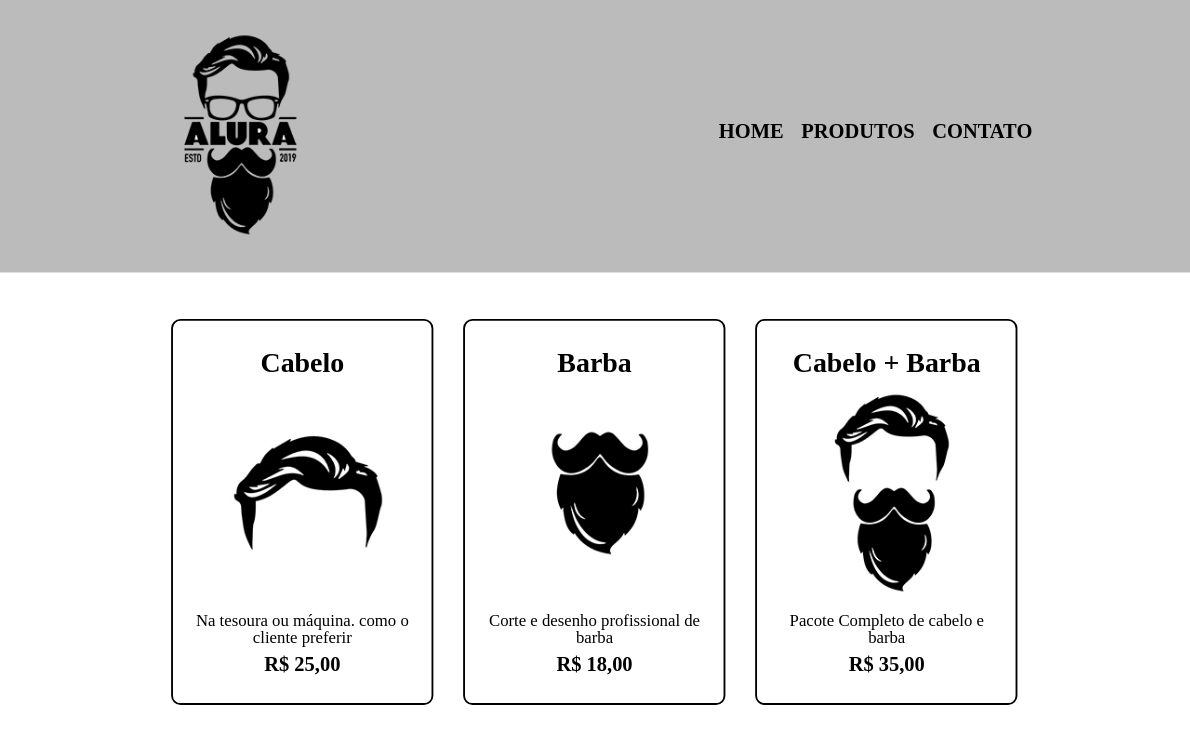
Repository: AnaBerlanda/AulaAlura
Page: produtos.html
These files come from the project's save history. The page is drawn as it stood at one moment and after the next save; the edit follows.
The browser window is 1280 px wide. The pictures show the whole page, at 93% of full size.

Above is the page before, as saved 2022-04-18 15:02:26.

### produtos.html
<!DOCTYPE html>
<html lang="pt-br">

<head>
    <meta charset="utf-8" />
    <title>Produtos - Barbearia Alura</title>
    <link type="text/css" rel="stylesheet" href="reset/reset.css">
    <link type="text/css" rel="stylesheet" href="produtos.css">

</head>
<body>
    <header>
        <div class="caixa">
            <h1><img src="imagem/logo.png"></h1>
            <nav>
                <ul>
                    <li><a href="index.html">Home</a></li>
                    <li><a href="produtos.html">Produtos</a></li>
                    <li><a href="contato.html">Contato</a></li>
                </ul>
            </nav>
        </div>
    </header>

    <main>
        <ul class="produtos">
            <li>
                <h2>Cabelo</h2>
                <img src="imagem/cabelo.jpg">
                <p class="produto-desc">Na tesoura ou máquina. como o cliente preferir</p>
                <p class="produto-preco">R$ 25,00</p>
            </li>
            <li><h2>Barba</h2>
                <img src="imagem/barba.jpg">
                <p class="produto-desc">Corte e desenho profissional de barba</p>
                <p class="produto-preco">R$ 18,00</p>
            </li>
            <li><h2>Cabelo + Barba</h2>
                <img src="imagem/cabelo+barba.jpg">
                <p class="produto-desc">Pacote Completo de cabelo e barba</p>
                <p class="produto-preco">R$ 35,00</p>
            </li>
        </ul>
    </main>



    </div>









    </header>

### produtos.css
header{
    background:#BBBBBB;
    padding: 20px 0;
}
.caixa{
    position: relative;
    width: 940px;
    margin: 0 auto;
}
nav{
    position:absolute;
    top: 110px;
    right: 0;
}
nav li{
    display: inline;
    margin: 0 0 0 15px;
}
nav a{
    text-transform: uppercase;
    color: #000000;
    font-weight: bold;
    font-size: 22px;
    text-decoration: none;
}
nav a:hover{
    color: #c78c19;
    text-decoration: underline;
}
.produtos{
    width: 940px ;
    margin: 0 auto ;
    padding: 50px 0 ;
}
.produtos li{
    display: inline-block;
    text-align: center;
    width: 30%;
    vertical-align: top;
    margin: 0 1.5%;
    padding: 30px 20px;
    box-sizing: border-box;
    border: 2px solid black;
    border-radius: 10px;
}
.produtos h2{
    font-size: 30px;
    font-weight: bold;
}
.produto-preco{
    font-size: 22px;
    font-weight: bold;
    margin-top: 10px;
}
.produto-desc{
    font-size: 18px;
}
.produtos li:hover{
    border-color: #c78c19;
}
.produtos li:active{
    border-color: green;
}
.produtos li:hover h2{
    font-size: 34px;
}

Loaded but not shown: reset/reset.css (common file)

After the next save:
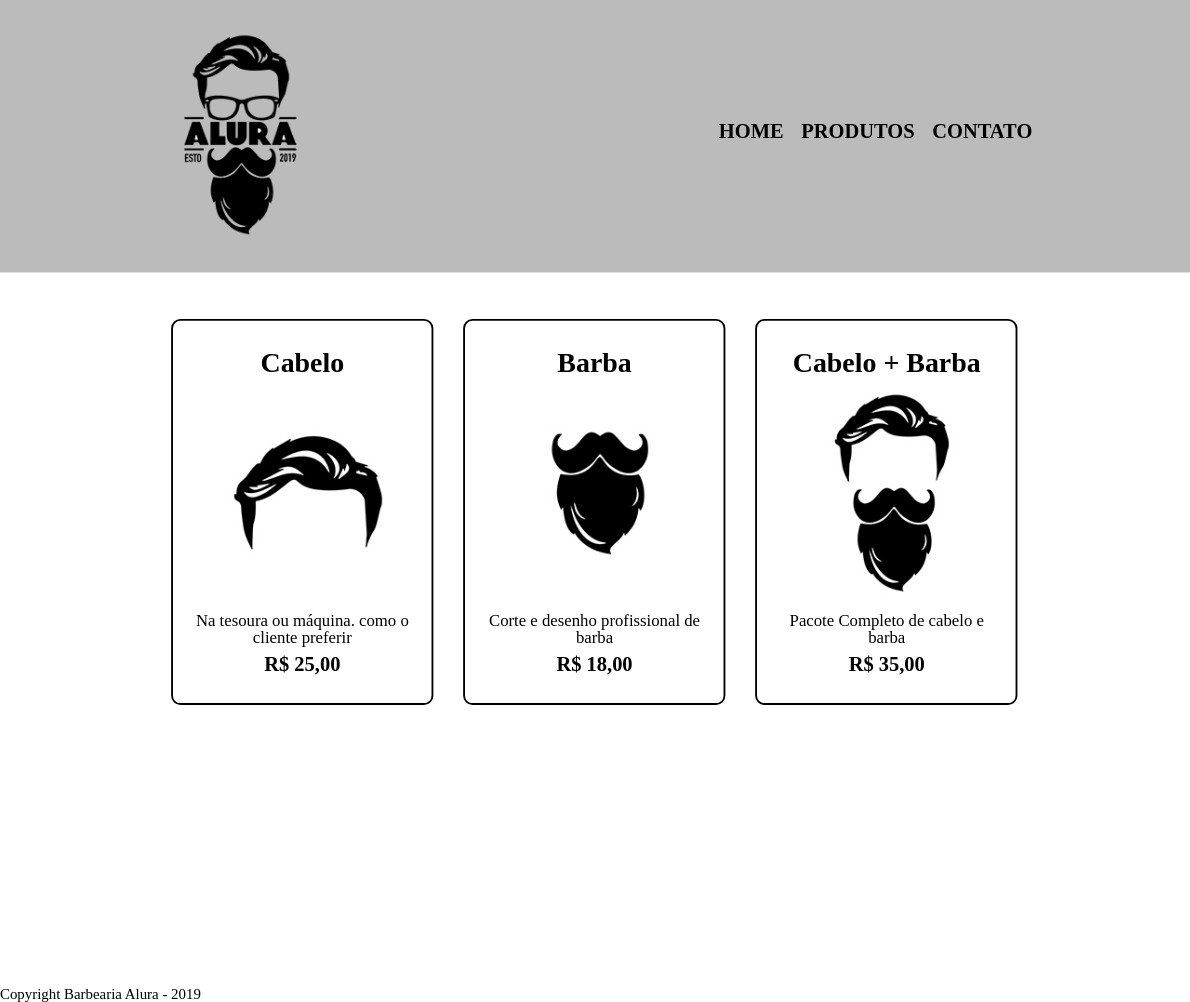
Saved 13 min 46 s later.
--- a/produtos.html
+++ b/produtos.html
@@ -42,6 +42,15 @@
             </li>
         </ul>
     </main>
+    <footer>
+        <img src="imagem/logo-branco.png">
+        <p class="copy">Copyright Barbearia Alura - 2019</p>
+
+
+
+
+
+    </footer>
 
 
 
